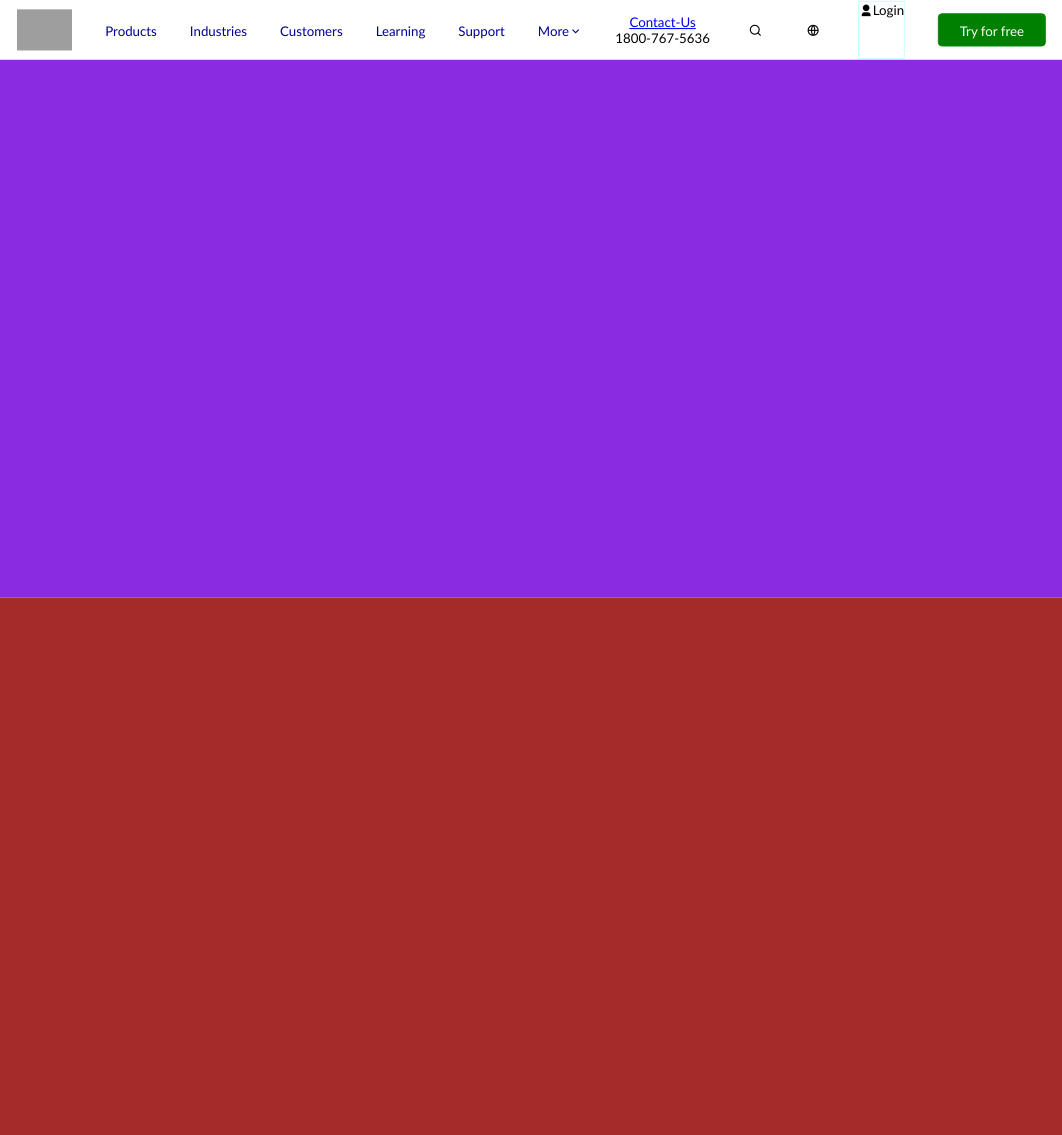
Repository: Chiranshukapil/html_css
Page: salesforce/index.html
These files come from the project's save history. The page is drawn as it stood at one moment and after the next save; the edit follows.
The browser window is 1280 px wide. The pictures show the whole page, at 83% of full size.
Pictures or frames that could not be fetched are drawn as grey boxes.

Above is the page before, as saved 2024-06-10 00:06:28.

After the next save:
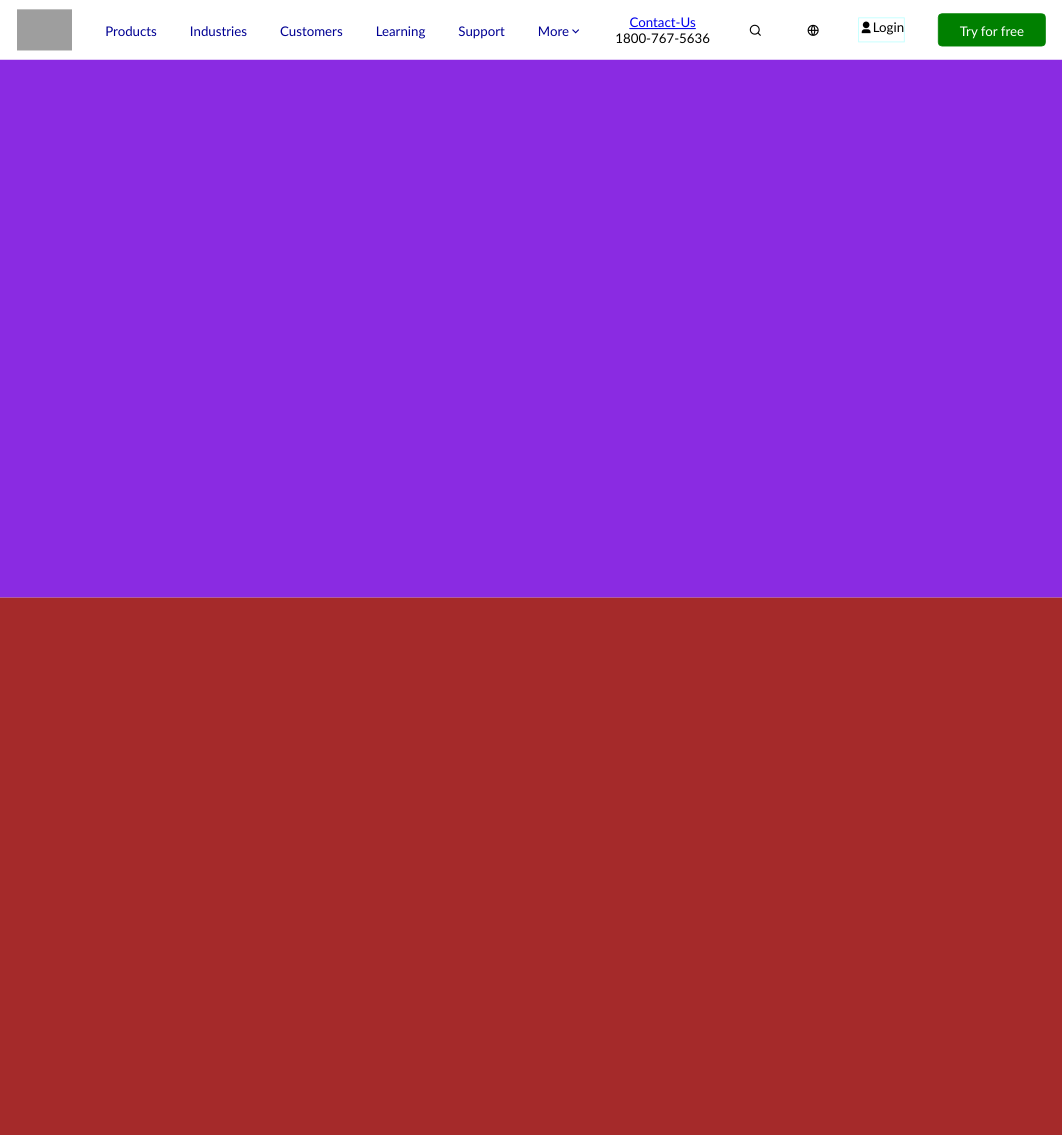
Saved 5 s later.
--- a/salesforce/style.css
+++ b/salesforce/style.css
@@ -58,7 +58,7 @@ html,body{
 }
 
 #login{
-    height: 70px;
+    height: 30px;
     display: flex;
     border: 1px solid rgb(188, 255, 255);
     /* border-radius: 20px; */
